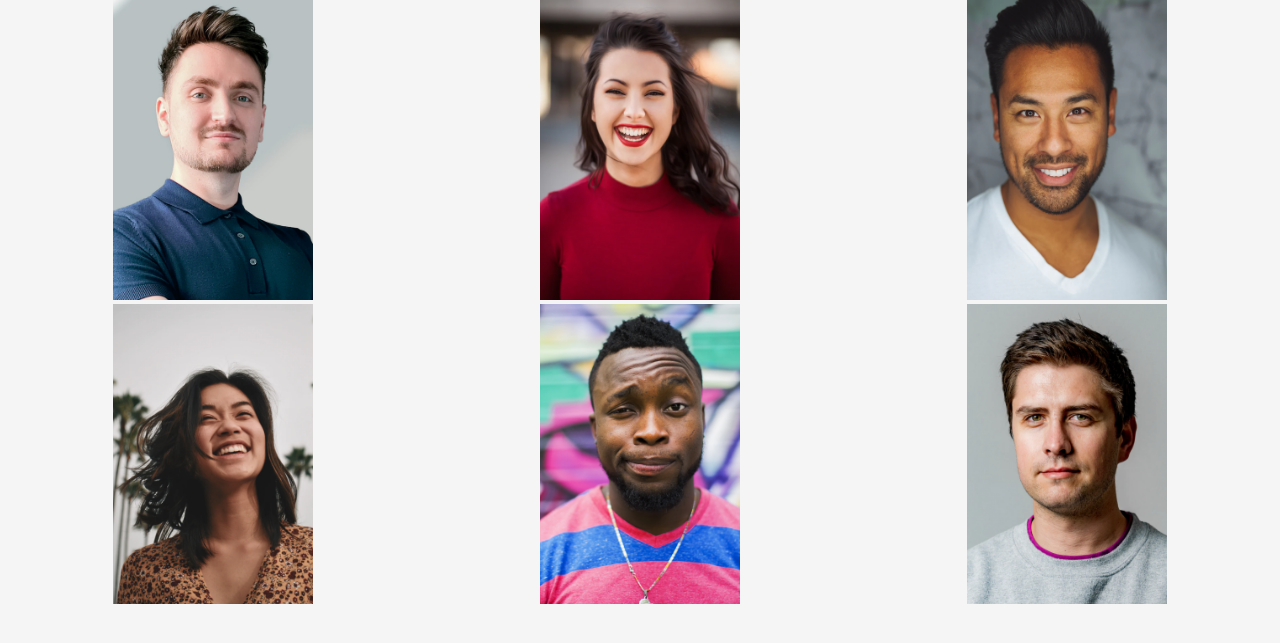
Repository: georgisenze/my-team-page-challeng
Page: index.html
These files come from the project's save history. The page is drawn as it stood at one moment and after a run of saves; the edit follows.
The browser window is 1280 px wide. The pictures show the whole page.

Above is the page before, as saved 2023-02-22 22:01:22.

### index.html
<!DOCTYPE html>
<html lang="en">
<head>
    <meta charset="UTF-8">
    <meta http-equiv="X-UA-Compatible" content="IE=edge">
    <meta name="viewport" content="width=device-width, initial-scale=1.0">
    <title>My team page</title>

    <link rel="stylesheet" href="assets/css/style.css">
</head>
<body>
     <div class="container" id="container">
        <div class="box">
            <img src="assets/img/photo1.png" alt="" >
        </div>
        <div class="box">
            <img src="assets/img/photo2.png" alt="">
        </div>
        <div class="box">
            <img src="assets/img/photo3.png" alt="">
        </div>
        <div class="box">
            <img src="assets/img/photo4.png" alt="">
        </div>
        <div class="box">
            <img src="assets/img/photo5.png" alt="">
        </div>
        <div class="box">
            <img src="assets/img/photo6.png" alt="">
        </div>
      </div>
</body>
</html>

### assets/css/style.css
  body{
    margin: 0;
    padding: 0;
    background-color: whitesmoke;
  }

  .container {
    writing-mode: horizontal-tb;
    display: grid;
    /* justify-content: center; */
    justify-items: center;
    align-items: center;
    align-content: center;
     grid-template-columns: 1fr 1fr 1fr;
    /*grid-template-rows: repeat(2,minmax(100px, auto));
    grid-auto-flow: row;
    gap: 10px;
    padding: 1em;
    max-width: 30rem; */
  }

  img {
    width: 200px;
    height: 300px;
  }

  label {
    --flow-space: 1rem;
    display: grid;
    grid-template-columns: 180px min-content;
    gap: 0.2rem;
  }

After the next 2 saves:
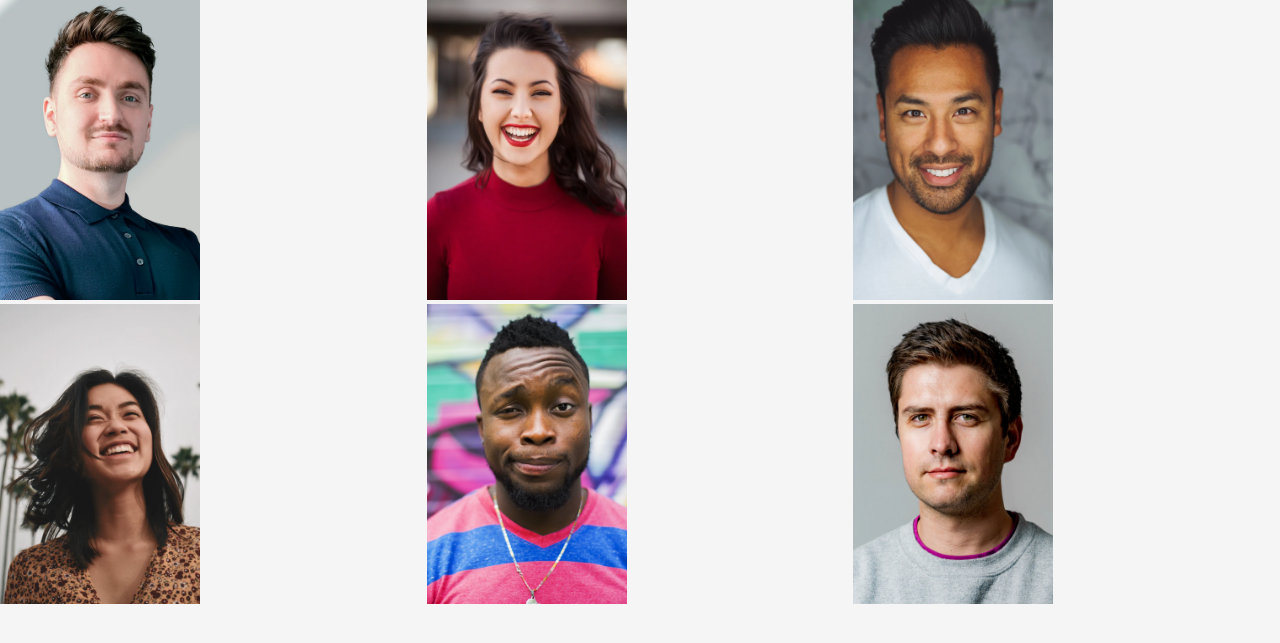
The 2 saves are shown as one change because they came seconds apart.
The last was saved 11 s later.
--- a/assets/css/style.css
+++ b/assets/css/style.css
@@ -7,8 +7,8 @@
   .container {
     writing-mode: horizontal-tb;
     display: grid;
-    /* justify-content: center; */
-    justify-items: center;
+    justify-content: center;
+    /* justify-items: center; */
     align-items: center;
     align-content: center;
      grid-template-columns: 1fr 1fr 1fr;

After the save that followed:
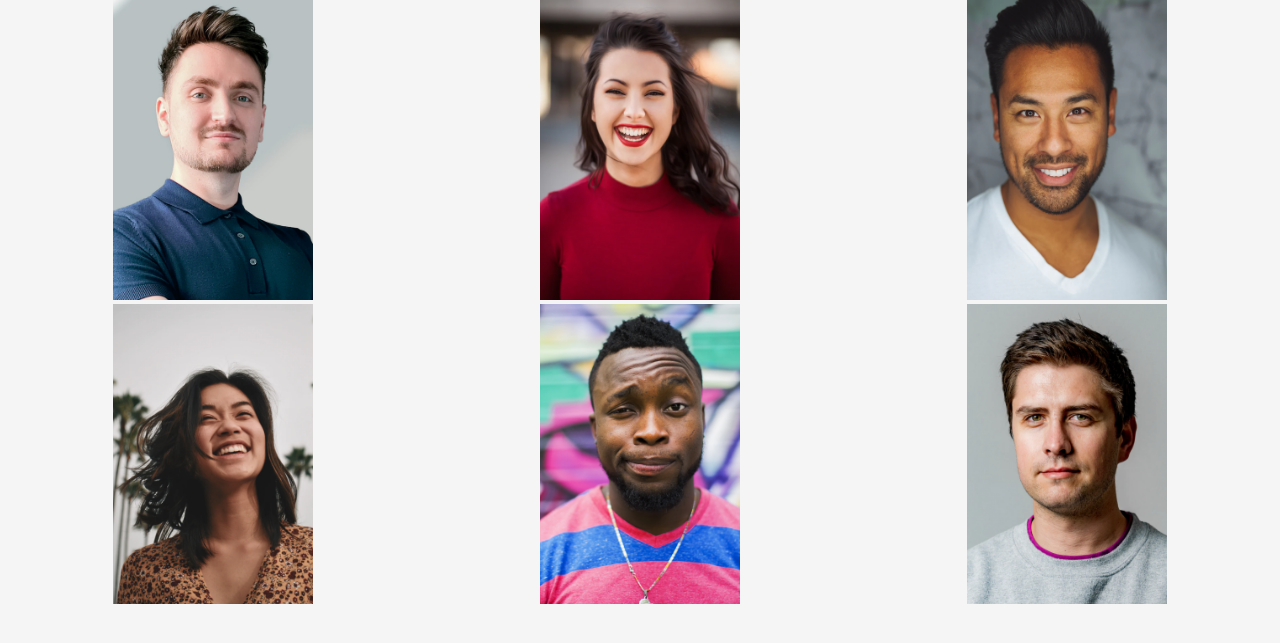
Saved 7 s later.
--- a/assets/css/style.css
+++ b/assets/css/style.css
@@ -8,7 +8,7 @@
     writing-mode: horizontal-tb;
     display: grid;
     justify-content: center;
-    /* justify-items: center; */
+    justify-items: center;
     align-items: center;
     align-content: center;
      grid-template-columns: 1fr 1fr 1fr;
